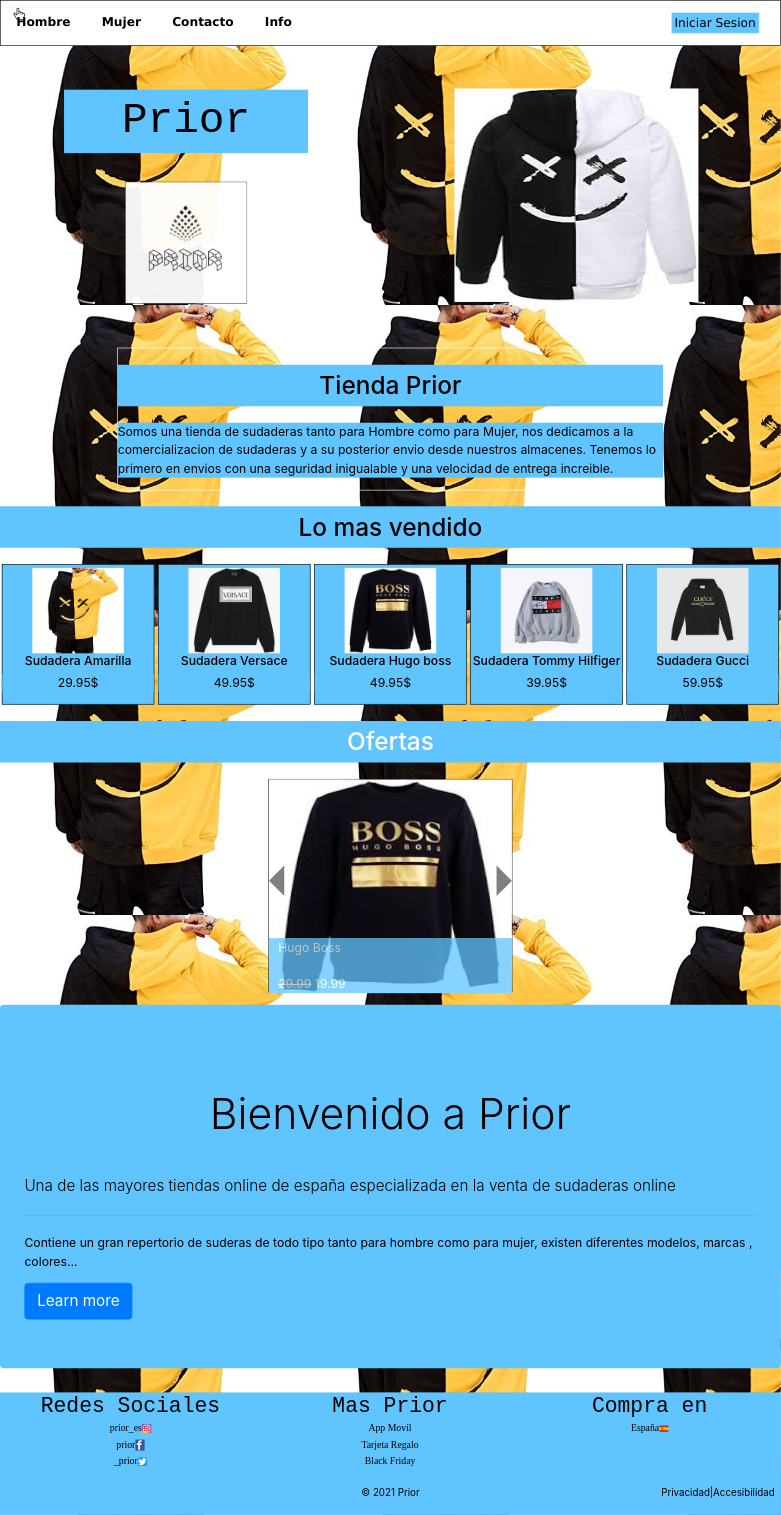
Repository: danilugones10/Proyecto
Page: main.html
An editor plug-in stored every save of this project. The page is shown before and after the next save, followed by the edit.
The browser window is 1280 px wide. The pictures show the whole page, at 61% of full size.
After loading, the first visible `#oscuro` was clicked once.
Some web libraries are served in a nearby version.

Above is the page before, as saved 2021-03-20 13:08:46.
Console error: TypeError: Cannot set properties of null (setting 'className')

After the next save:
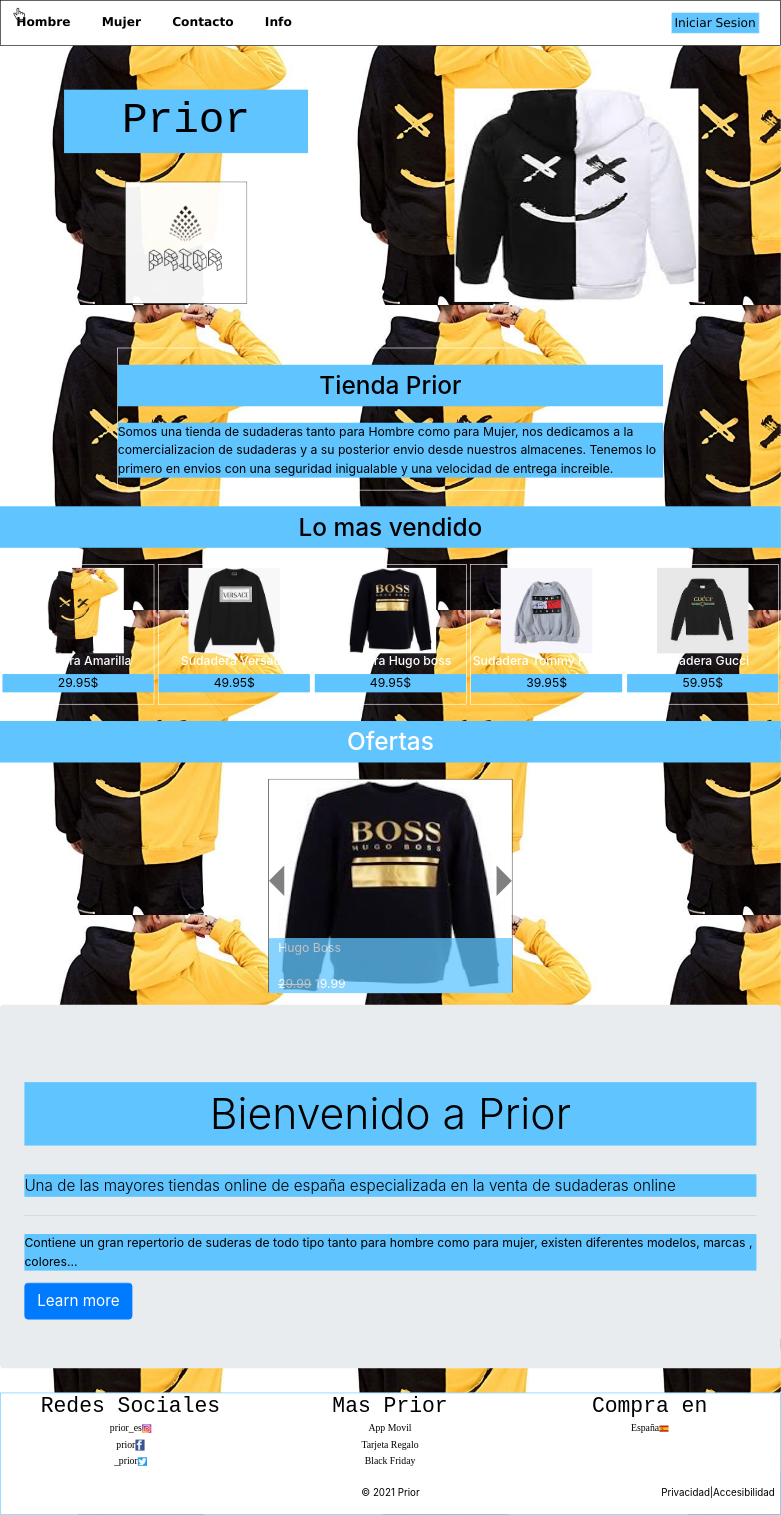
The error is gone.
Saved 15 s later.
--- a/js/oscuro.js
+++ b/js/oscuro.js
@@ -7,7 +7,7 @@
 const section3H1=document.querySelector('.section3-h1-color');
 const section3Conte=document.querySelectorAll('.section3-imagenes__contenedor');
 const section4H1=document.querySelector('.section4-h1');
-const jumnb=document.querySelector('.jumnb');
+const jumnb=document.querySelector('.jumbotron');
 const footer=document.querySelector('.footer');
 
 
@@ -19,7 +19,7 @@
         section2Prior.className="section2-prior color__oscuro"
         section3H1.className="section3-h1-color color__oscuro"
         section4H1.className="section4-h1 color__oscuro"
-        jumnb.className="jumbotron color__oscuro jumnb"
+        jumnb.className="jumbotron color__oscuro"
         footer.className="footer color__oscuro"
         for (let index = 0; index < section3Conte.length; index++) {
             const element = section3Conte[index];
